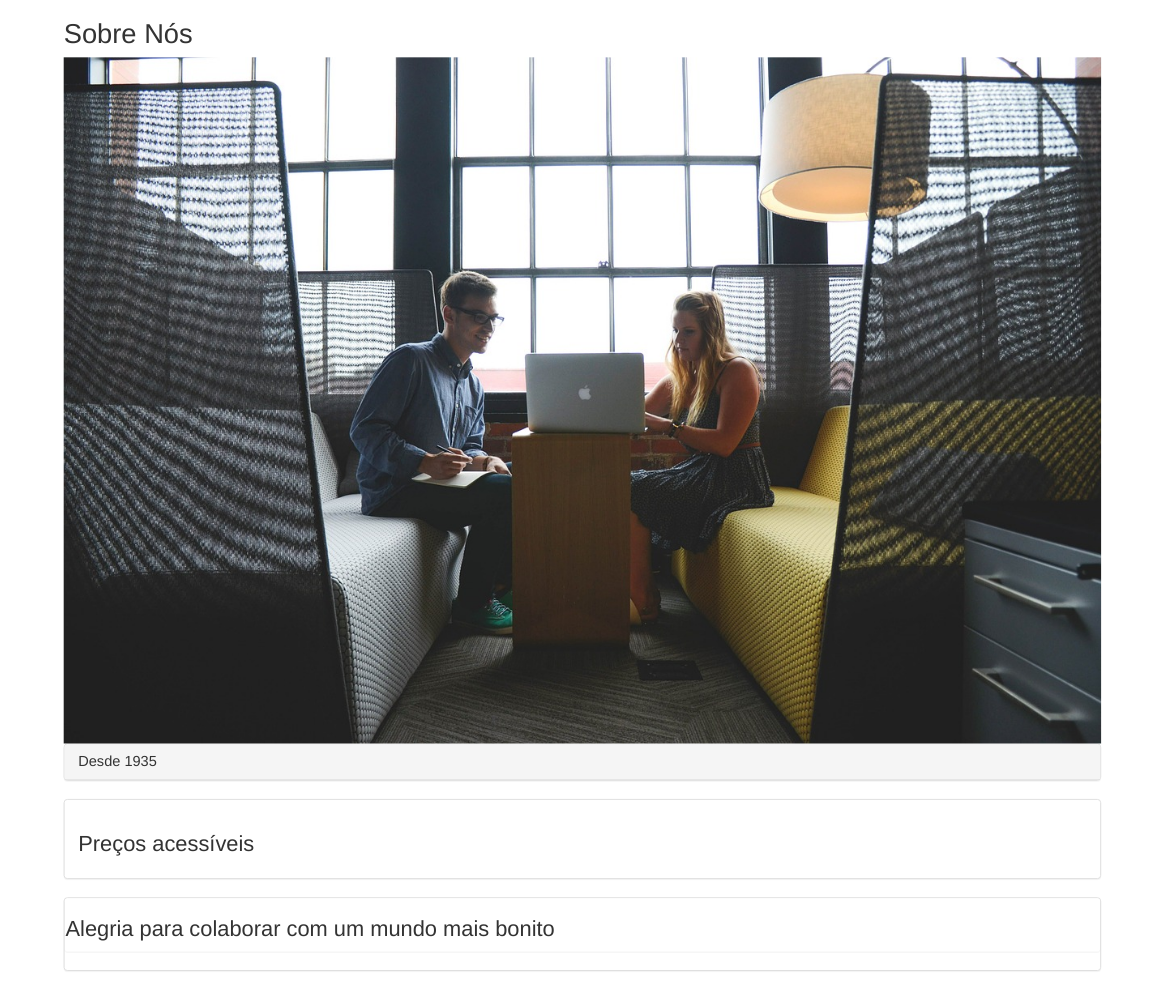
Repository: daviemer/bootstrap-alura
Page: index2.html
These files come from the project's save history. The page is drawn as it stood at one moment and after the next save; the edit follows.
The browser window is 1280 px wide. The pictures show the whole page, at 91% of full size.

Above is the page before, as saved 2022-07-08 10:46:20.

### index2.html
<!DOCTYPE html>
<html lang="pt-br">
<head>
  <meta charset="UTF-8">
  <meta http-equiv="X-UA-Compatible" content="IE=edge">
  <meta name="viewport" content="width=device-width, initial-scale=1.0">
  <title>Document</title>
  <link rel="stylesheet" href="bootstrap/css/bootstrap.min.css" type="text/css">
</head>
<body>
  <div class="container">
    <h2>Sobre Nós</h2>
    <img class="img-responsive" src="assets/img/empresa.jpg" alt="">
    <div class="panel panel-default">
      <div class="panel-heading">
        <h3 class="panel-title" data-toggle="collapse" data-target="#primeiro-paragrafo">Desde 1935</h3>
      </div>
        <div>
          <p id="primeiro-paragrafo" class="collapse">A TopCasaFina arquitetura está no mercado desde</p>
        </div>
    </div>
    <div class="panel panel-default">
      <div class="panel-body">
        <h3 data-toggle="collapse" data-target="#segundo-paragrafo">Preços acessíveis</h3>
      </div>
        <div>
          <p id="segundo-paragrafo" class="collapse">A TopCasaFina arquitetura está no mercado desde</p>
        </div>
    </div>
    <div class="panel panel-default">
      <div class="panel">
        <h3 data-toggle="collapse" data-target="#terceiro-paragrafo">Alegria para colaborar com um mundo mais bonito</h3>
      </div>
        <div>
          <p id="terceiro-paragrafo" class="collapse">A TopCasaFina arquitetura está no mercado desde</p>
        </div>
    </div>



  </div>

  </div>
<script src="jquery.js"></script>
<script src="bootstrap/js/bootstrap.min.js"></script>
</body>
</html>

Loaded but not shown: bootstrap/css/bootstrap.min.css (library); jquery.js (library); bootstrap/js/bootstrap.min.js (library)

After the next save:
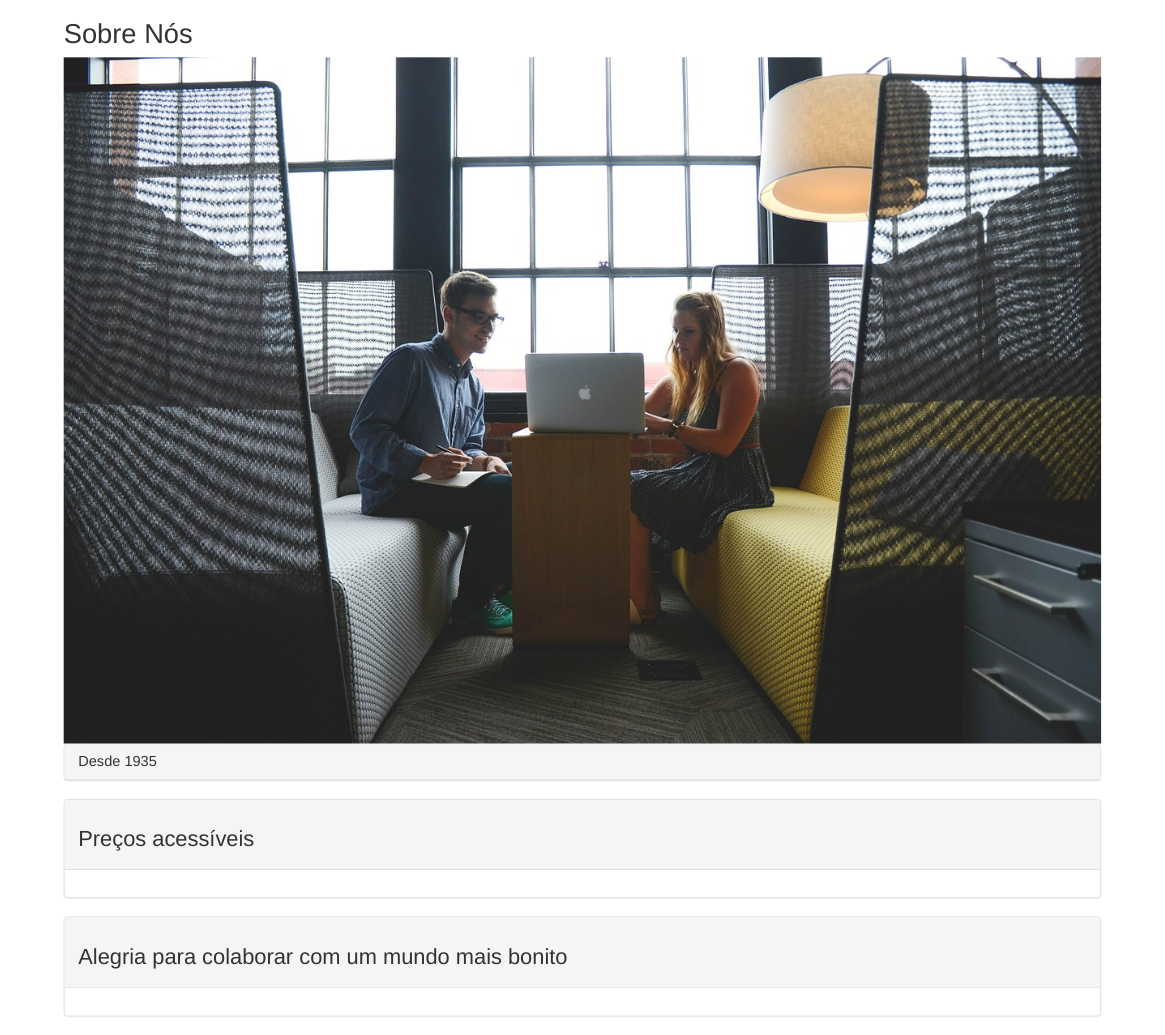
Saved 54 s later.
--- a/index2.html
+++ b/index2.html
@@ -20,18 +20,18 @@
         </div>
     </div>
     <div class="panel panel-default">
-      <div class="panel-body">
+      <div class="panel-heading">
         <h3 data-toggle="collapse" data-target="#segundo-paragrafo">Preços acessíveis</h3>
       </div>
-        <div>
+        <div class="panel-body">
           <p id="segundo-paragrafo" class="collapse">A TopCasaFina arquitetura está no mercado desde</p>
         </div>
     </div>
     <div class="panel panel-default">
-      <div class="panel">
+      <div class="panel-heading">
         <h3 data-toggle="collapse" data-target="#terceiro-paragrafo">Alegria para colaborar com um mundo mais bonito</h3>
       </div>
-        <div>
+        <div class="panel-body">
           <p id="terceiro-paragrafo" class="collapse">A TopCasaFina arquitetura está no mercado desde</p>
         </div>
     </div>
